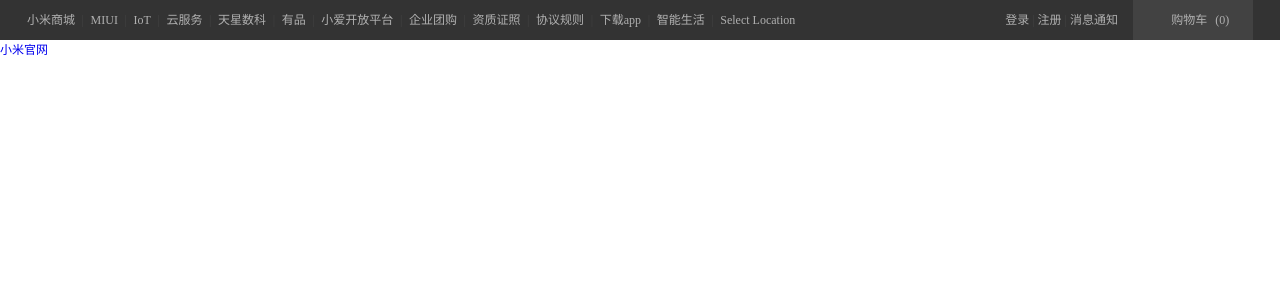
Repository: StackTc/FrontStudy
Page: xiaomi/demo.html
The author's editor kept a copy of each file at every save. The page is drawn from the files as they stood at one save, then again after a run of saves.
The browser window is 1280 px wide. The pictures show the whole page.
Some web fonts or font styles are not loaded; a fallback is used.

Above is the page before, as saved 2024-06-05 08:40:04.

After the next 2 saves:
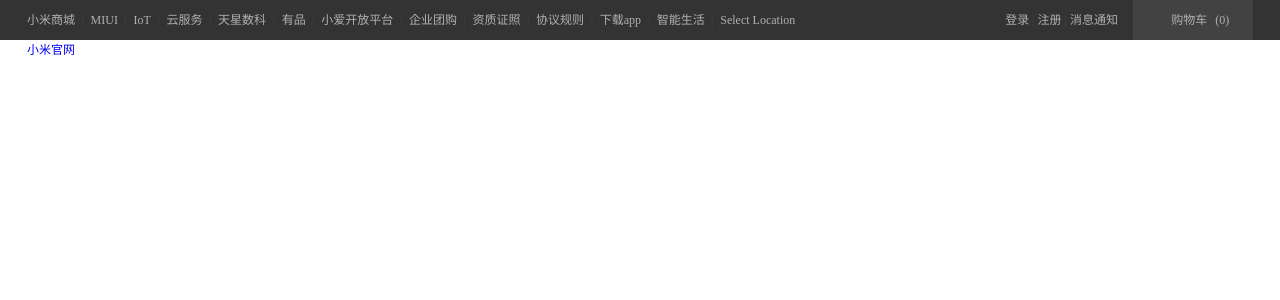
The 2 saves are shown as one change because they came seconds apart.
The last was saved 5 min 21 s later.
--- a/xiaomi/my/demo.css
+++ b/xiaomi/my/demo.css
@@ -121,3 +121,9 @@
     border-color: rgba(0, 0, 0, 0) rgba(0, 0, 0, 0) #fff;
     display: none;
 }
+
+
+.site-header {
+    width: 1226px;
+    margin: 0 auto;
+}
